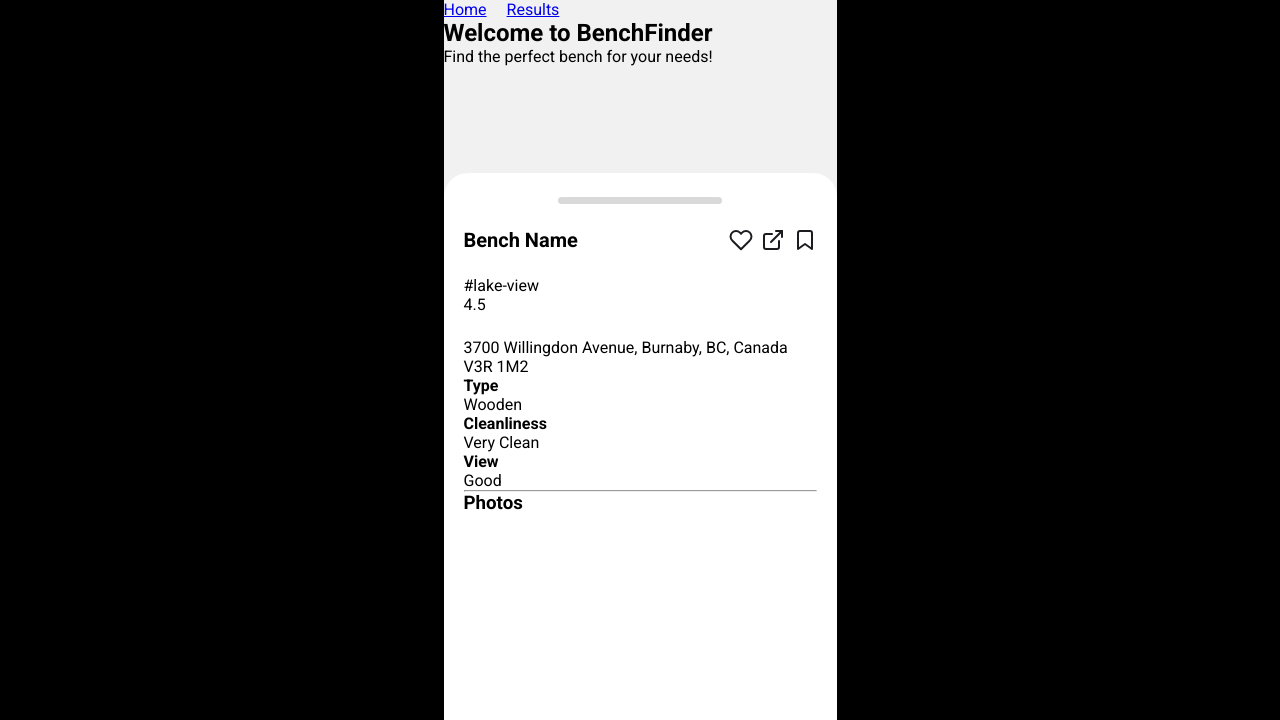
Repository: HidayatPatil/BenchFinder
Page: /
These files come from the project's save history. The page is drawn as it stood at one moment and after the next save; the edit follows.
The browser window is 1280 px wide. The pictures show the whole page.
The project was rebuilt for these pictures with package versions that can differ from the ones it lists, and the page was loaded fresh each time. Also part of the build but not shown: vite.config.js, src/Results.jsx.

Above is the page before, as saved 2025-10-09 21:23:19.

After the next save:
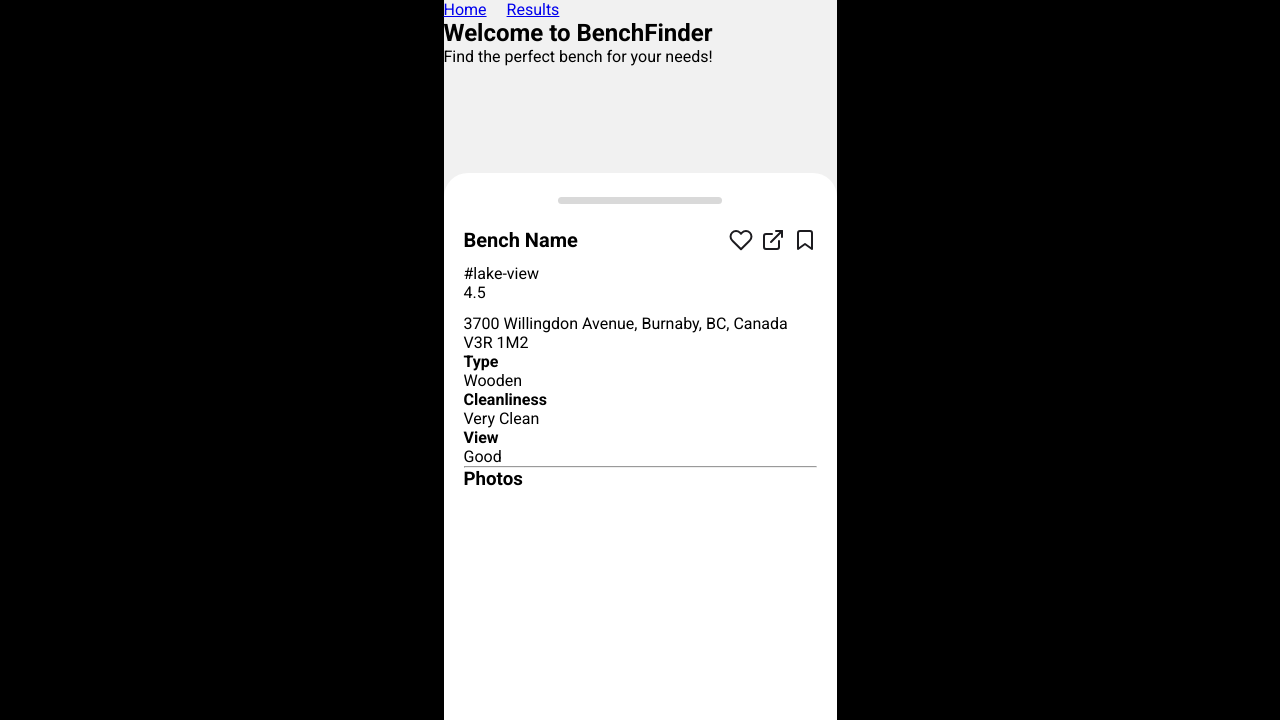
Saved 7 s later.
--- a/src/index.css
+++ b/src/index.css
@@ -79,5 +79,5 @@ body, html {
 .data_metadata {
     display: flex;
     flex-direction: column;
-    gap: 24px;
+    gap: 12px;
 }
